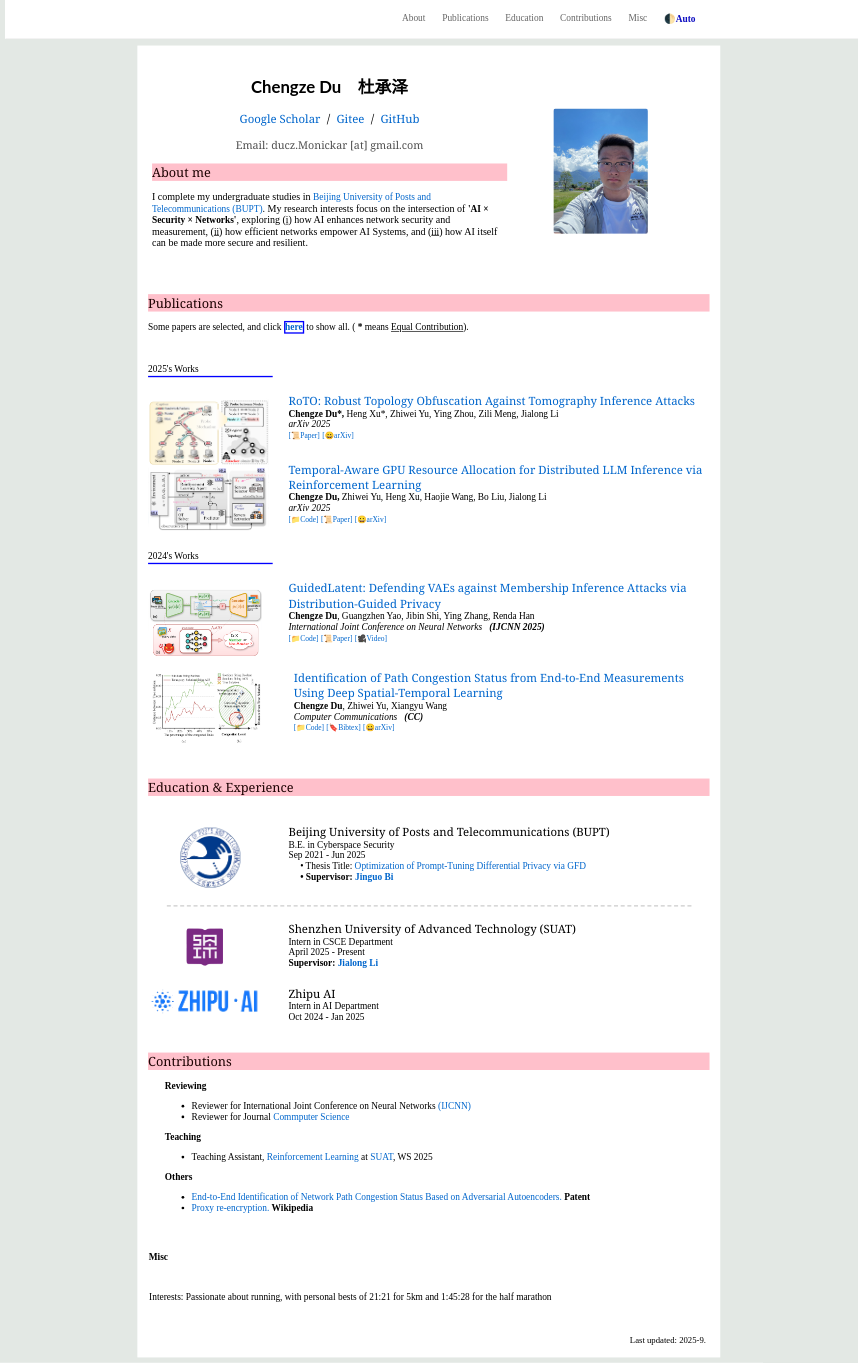
Repository: Monickar/Monickar.github.io
Page: index.html
These files come from the project's save history. The page is drawn as it stood at one moment and after the next save; the edit follows.
The browser window is 1280 px wide. The pictures show the whole page, at 67% of full size.

Above is the page before, as saved 2025-10-28 18:54:45.

### index.html
<!DOCTYPE HTML>
<html lang="en">
  <head>
    <meta http-equiv="Content-Type" content="text/html; charset=UTF-8">

    <title>Chengze's Homepage</title>

    <meta name="author" content="Chengze Du">
    <meta name="viewport" content="width=550px, initial-scale=1.0">
    <link rel="shortcut icon" href="./images/IMG_1936.JPG" type="image/x-icon" style="border-radius: 50%;"> <!-- 添加favicon 圆形-->
    <link rel="stylesheet" type="text/css" href="styles.css">
    <style>

      /* * {
        font-family: Cambria, Georgia, serif;

      } */
      * {
        font-size: 14px;

      }


    </style>
  </head>


  <body bgcolor="#E3E8E4">
    <!-- 导航栏 -->
    <nav class="navbar" bgcolor="#EEEEEE">
      <div class="nav-container">
        <a href="#" class="nav-brand"> </a>
        <div class="nav-links">
          <a href="#about">About</a>
          <a href="#pub">Publications</a>
          <a href="#education">Education</a>
          <a href="#contributions">Contributions</a>
          <a href="#misc">Misc</a>
          <a id="darkToggle" style="color: rgb(12, 12, 193); font-weight: bolder;">Mode🌓</a>

        </div>
      </div>
    </nav>

    <!-- 原有内容开始 -->
    <table id="about" style="width:100%; background:#FFFFFF; max-width:870px;border:0px;border-spacing:0px;border-collapse:separate;margin-right:auto;margin-left:auto;"><tbody>
      <tr style="padding:0px">
        <td style="padding:0px">
          <table style="width:100%;border:0px;border-spacing:0px;border-collapse:separate;margin-right:auto;margin-left:auto;"><tbody>
            <tr style="padding:0px">
              <td style="padding:2.5%;width:60%;vertical-align:middle">

                <p class="name" style="text-align: center; font-size: 25px;">
                  Chengze Du &ensp;  杜承泽
                </p>

                <p style="text-align:center; font-size: 18px; font-family: Georgia">
                  <a href="https://scholar.google.com/citations?hl=zh-CN&user=y4ty-f4AAAAJ" class="papertitle">Google Scholar</a> &nbsp;/&nbsp;
                  <a href="https://gitee.com/monickar" class="papertitle">Gitee</a> &nbsp;/&nbsp;
                  <a href="https://github.com/Monickar" class="papertitle">GitHub</a>
                </p>

                <p style="text-align:center; font-size: 16px; font-family: Cambria; color: rgb(80, 80, 80);">
                Email: ducz.Monickar [at] gmail.com
                </p>
                <h2 class="subtitle">About me</h2>

                <p style="font-size: 15px;"> I complete my undergraduate studies in <a href="https://www.bupt.edu.cn/">Beijing University of Posts and Telecommunications (BUPT)</a>.
                  My research interests focus on the intersection of <strong>'AI <strong>×</strong> Security <strong>×</strong> Networks'</strong>, exploring (<u>i</u>) how AI enhances network security and measurement, (<u>ii</u>) how efficient networks empower AI Systems, and (<u>iii</u>) how AI itself can be made more secure and resilient.

                </p>
              </td>
              <td style="padding:5.5%; width:31%; max-width:37%; padding-top:10%;">
                <a href="https://ccfddl.com/"><img style="width:70%; max-width:70%;object-fit: cover; border-radius: 2%;" alt="profile photo" src="images/chengze.jpg" class="hoverZoomLink"></a>
              </td>
            </tr>
          </tbody></table>


      <table id="pub" style="width:100%;border:0px;border-spacing:0px;border-collapse:separate;margin-right:auto;margin-left:auto;"><tbody>
          <tr>
          <td style="padding:16px;width:100%;vertical-align:middle">
            <h2 class="subtitle">Publications</h2>
            <p>
             Some papers are selected, and click <strong><a href="FullPaperList.html" class="text-with-border">here</a></strong> to show all.
              ( <strong>*</strong> means <u>Equal Contribution</u>).
            </p>
             <!-- Some works are <span class="highlight">highlighted</span>.  -->
          </td>
        </tr>
      </tbody></table>
      <table style="width:100%;border:0px;border-spacing:0px;border-collapse:separate;margin-right:auto;margin-left:auto;"><tbody>


      <!-- 2025 分隔符 -->
      <td style="padding:16px; width:25%; vertical-align:middle; margin-top: 2px;">
        <span class="year">2025's Works</span>
        <div style="height: 2px; background-color: blue; margin-top: 2px;"></div>
      </td>

      <tr >
        <td style="padding:16px;width:25%;vertical-align:top">
          <div class="one">
            <img src="images/RoTO-1.png" class="top" alt="SecureNT alternate" width="180" height="100">
            <img src="images/RoTO-2.png" class="bottom" alt="SecureNT" style="width:180px; height:65px;">
          </div>
        </td>
        <td style="padding:8px;width:80%; vertical-align:top">
          <a href="https://arxiv.org/abs/2508.12852">
        <span class="papertitle">RoTO: Robust Topology Obfuscation Against Tomography Inference Attacks</span>
          </a>
          <br>
          <strong>Chengze Du*,</strong>
          Heng Xu*,
          Zhiwei Yu,
          Ying Zhou,
          Zili Meng,
          Jialong Li

          <br>
          <em>arXiv  2025</em>
          <br>
          <!-- <a href="" style="font-size: 0.8em;">[📁Code]</a> -->
          <a href="https://arxiv.org/pdf/2508.12852" style="font-size: 0.8em;">[📜Paper]</a>
          <a href="https://arxiv.org/abs/2508.12852" style="font-size: 0.8em;">[😀arXiv]</a>
          <p></p>
        </td>
      </tr>



      <tr >
        <td style="padding:16px;width:20%;vertical-align:top">
          <div class="one">
            <img src="images/gpu_infer_component.png" class="top" alt="SecureNT alternate" width="180" height="100">
            <img src="images/tcc_intro.png" class="bottom" alt="SecureNT" style="width:180px; height:90px;">
          </div>
        </td>
        <td style="padding:8px;width:80%; vertical-align:middle">
          <a href="https://arxiv.org/abs/2507.10259">
        <span class="papertitle">Temporal-Aware GPU Resource Allocation for Distributed LLM Inference via Reinforcement Learning</span>
          </a>
          <br>
          <strong>Chengze Du,</strong>
          Zhiwei Yu,
          Heng Xu,
          Haojie Wang,
          Bo Liu,
          Jialong Li

          <br>
          <em>arXiv  2025</em>
          <br>
          <a href="https://gitee.com/Monickar/OT4GpuInference" style="font-size: 0.8em;">[📁Code]</a>
          <a href="https://arxiv.org/pdf/2507.10259" style="font-size: 0.8em;">[📜Paper]</a>
          <a href="https://arxiv.org/abs/2507.10259" style="font-size: 0.8em;">[😀arXiv]</a>
          <p></p>

        </td>
      </tr>


      <!-- 2024 分隔符 -->
      <td style="padding:16px; width:20%; vertical-align:middle; margin-top: 2px;">
        <span class="year">2024's Works</span>
        <div style="height: 2px; background-color: blue; margin-top: 2px;"></div>
      </td>

      <tr >
        <td style="padding:16px;width:20%;vertical-align:top">
          <div class="one">
            <img src="images/anti-vae.png" class="top" alt="SecureNT alternate" width="170" height="110">
            <img src="images/vae-anti-mia.png" class="bottom" alt="SecureNT" style="width:170px; height:85px;">
          </div>
        </td>
        <td style="padding:8px;width:80%; vertical-align:top">
          <a href="">
        <span class="papertitle">GuidedLatent: Defending VAEs against Membership Inference Attacks via Distribution-Guided Privacy
          </a>
          <br>
          <strong>Chengze Du</strong>,
                  Guangzhen Yao,
                  Jibin Shi,
                  Ying Zhang,
                  Renda Han
          <br>
          <em>International Joint Conference on Neural Networks <strong>&nbsp (IJCNN 2025)</strong></em>
          <br>
          <a href="https://anonymous.4open.science/r/VAE-Anti-MIA-DB1A/README.md" style="font-size: 0.8em;">[📁Code]</a>
          <a href="./files/IJCNN_2025.pdf" style="font-size: 0.8em;">[📜Paper]</a>
          <!-- <a href="./files/" style="font-size: 0.8em;">[😀arXiv]</a> -->
          <a href="https://vimeo.com/1095995168" style="font-size: 0.8em;">[🎥Video]</a>
          <!-- <a href="https://arxiv.org/abs/2412.10762" style="font-size: 0.8em;">[📄Poster]</a> -->
          <br>
          <br>
        </td>
      </tr>




    <tr>
      <td style="padding:16px;width:20%;vertical-align:top">
          <div class="one">
            <img src="images/CC_1.png" class="top" alt="SecureNT alternate" width="170" height="110">
            <img src="images/AAE-LSTM.png" class="bottom" alt="SecureNT" style="width:170px; height:110px;">
          </div>
      </td>
      <td style="padding:16px;width:70%;vertical-align:top">
        <a href="https://www.sciencedirect.com/science/article/pii/S0140366425001513">
          <span class="papertitle">Identification of Path Congestion Status from End-to-End Measurements Using Deep Spatial-Temporal Learning</span>
        </a>
        <br>
        <strong>Chengze Du</strong>,
        Zhiwei Yu, Xiangyu Wang
        <br>
        <em>Computer Communications  &nbsp <strong>(CC)</strong> </em>
        <br>
        <a href="https://github.com/Monickar/ACS" style="font-size: 0.8em;">[📁Code]</a>
        <a href="./Bibtex/CC_NT_2025.txt" style="font-size: 0.8em;">[🔖Bibtex]</a>
        <a href="https://arxiv.org/abs/2412.10762" style="font-size: 0.8em;">[😀arXiv]</a>
      </td>
    </tr>

          </tbody></table>

          <table style="width:100%;border:0px;border-spacing:0px;border-collapse:separate;margin-right:auto;margin-left:auto;"><tbody>
            <tr>
            <td style="padding:16px;width:100%;vertical-align:middle">
              <h2 class="subtitle">Education & Experience</h2>
            </td>
          </tr>
        </tbody></table>

        <!-- 教育经历 -->
        <table id="education" style="width:100%;border:0px;border-spacing:0px;border-collapse:separate;margin-right:auto;margin-left:auto;"><tbody>

          <tr>
            <td style="padding:16px;width:25%;vertical-align:middle"> <!-- 图片设置为居中 -->
              <img src="images/bupt-logo-1.png" alt="BUPT" width="90" style="display: block; margin: 0 auto;">
            </td>
            <td style="padding:8px;width:75%;vertical-align:middle">
              <span class="papertitle">Beijing University of Posts and Telecommunications (BUPT)</span>
              <br>
              B.E. in Cyberspace Security
              <br>
              Sep 2021 - Jun 2025
              <br>
                &emsp; • Thesis Title:
                 <color="#1772D0"> <a href="https://gitee.com/Monickar/Bachelor_Thesis" >  Optimization of Prompt-Tuning Differential Privacy via GFD</a> </font>
              <br>
              <strong>
                &emsp; • Supervisor: <a href="https://scss.bupt.edu.cn/info/1063/3984.htm">Jinguo Bi</a>
              </strong>
              <p></p>
            </td>

          </tr>

          <!-- 添加虚线分隔符 -->
          <tr>
            <td colspan="2" style="padding: 10px 0">
              <div style="border-top: 2px dashed #ccc; width: 90%; margin: 0 auto;"></div>
            </td>
          </tr>

          <tr>
            <td style="padding:16px 16px 8px 16px;width:20%;vertical-align:middle">
              <img src="images/suat-logo.png" alt="Internship" width="170">
            </td>
            <td style="padding:4px 8px 4px 8px;width:80%;vertical-align:middle">
              <span class="papertitle">Shenzhen University of Advanced Technology (SUAT) </span>
              <br>
              Intern in CSCE Department
              <br>
              April 2025 - Present
              <br>
              <strong>Supervisor: <a href="https://franklee94.github.io/index.html">Jialong Li</a></strong>
            </td>
          </tr>

          <tr>
            <td style="padding:16px;width:20%;vertical-align:middle">
              <img src="images/Zhipu_AI.png" alt="Internship" width="170">
            </td>
            <td style="padding:8px;width:80%;vertical-align:middle">
              <span class="papertitle"> Zhipu AI</span>
              <br>
              Intern in AI Department
              <br>
              Oct 2024 - Jan 2025
          </tr>

        </tbody></table>

 <!-- 专利 -->

 <table id="contributions" style="width:100%;border:0px;border-spacing:0px;border-collapse:separate;margin-right:auto;margin-left:auto;"><tbody>
  <tr>
    <td style="padding:16px; width:100%; vertical-align:middle">
      <h2 class="subtitle">Contributions</h2>

      <div style="padding-left: 25px;">
        <h3>Reviewing</h3>
        <ul>
          <li>Reviewer for International Joint Conference on Neural Networks <a href="https://ijcnn2024.org/">(IJCNN) </a>  </li>
          <li>Reviewer for Journal <a href="https://www.jsjkx.com/EN/1002-137X/home.shtml"> Commputer Science </a>  </li>
        </ul>
      </div>

      <div style="padding-left: 25px;">
        <h3>Teaching</h3>
        <ul>
          <li>Teaching Assistant,<a href=""> Reinforcement Learning </a> at <a href="https://suat-sz.edu.cn/en/">SUAT</a>, WS 2025</li>

        </ul>
      </div>


      <div style="padding-left: 25px;">

        <h3>  Others</h3>
      <ul>
        <li> <a href="https://patentimages.storage.googleapis.com/00/00/00/0000000000000000000000000000000000000000000000000000000000000000.pdf"> End-to-End Identification of Network Path Congestion Status
          Based on Adversarial Autoencoders.</a> <strong>Patent</strong></li>
        <li><a href="https://zh.wikipedia.org/wiki/%E4%BB%A3%E7%90%86%E9%87%8D%E5%8A%A0%E5%AF%86">Proxy re-encryption.</a> <strong>Wikipedia</strong></li>
      </ul>
      </div>






    </td>
  </tr>
</tbody></table>



		<table style="width:100%; margin:0 auto; border:0; border-spacing:0; padding:16px;"><tbody>
            <tr>
              <td>
                <h2>Misc</h2>
              </td>
            </tr>
          </tbody></table>
          <table id="misc" style="width:100%;border:0px;border-spacing:0px;border-collapse:separate;margin-right:auto;margin-left:auto;"><tbody>

        <!-- 其他内容 : Interests: Passionate about running, with personal bests of 21:21 for 5km and 1:45:28 for the half marathon-->
        <p>&emsp; Interests: Passionate about running, with personal bests of 21:21 for 5km and 1:45:28 for the half marathon</p>

          </tbody></table>
          <table style="width:100%; border:5px;border-spacing:0px;border-collapse:separate;margin-right:auto;margin-left:auto;"><tbody>
            <tr>
              <td style="padding:5px">
                <br>
                <p style="text-align:right;font-size:small;">
                  Last updated: 2025-9. &emsp;
                </p>
              </td>
            </tr>
          </tbody></table>


        </td>
      </tr>
    </table>

    <script>
    const btn = document.getElementById('darkToggle');
    const mode = localStorage.getItem('mode') || 'auto'; // 'auto', 'dark', 'light'

    function isDarkTime() {
      const hour = new Date().getHours();
      return hour >= 18 || hour < 6; // 20:00-6:00: dark time
    }

    function applyTheme() {
      const shouldBeDark = mode === 'dark' || (mode === 'auto' && isDarkTime());
      document.body.classList.toggle('dark', shouldBeDark);


      if (mode === 'auto') {
        btn.textContent = '🌓Auto';
        btn.title = 'Turn Dark';
      } else {
        btn.textContent = shouldBeDark ? '🌓Dark' : '🌓Light';
        btn.title = shouldBeDark ? 'Turn Light' : 'Turn Auto';
      }
    }

    btn.onclick = () => {
      const modes = ['light', 'auto', 'dark'];
      const idx = modes.indexOf(mode);
      const newMode = modes[(idx + 1) % 3];
      localStorage.setItem('mode', newMode);
      location.reload(); // 简单刷新应用新模式
    };

    applyTheme();
    // 每分钟检查一次时间（仅在自动模式下有用）
    if (mode === 'auto') setInterval(applyTheme, 1000000);
    </script>


  </body>
</html>

### styles.css
.name {
  padding-top: 20px;
  margin: 0;
  font-family: 'Lato', Cambria, Georgia, serif;
  font-size: 10px;
  font-weight: bold;
}

.papertitle {
  font-family: Cambria, Georgia, Helvetica, sans-serif;
  font-size: 17px;
  font-weight: 550;
}

.subtitle {
  font-family:  Georgia, Helvetica, sans-serif;
  font-size: 19px;
  font-weight: 500;
  color: #1e0202;
  background-color: pink
}

a {
    color: #0066cc; /* 设置链接颜色为蓝色 */
    text-decoration: none;
}

a:focus,

a:hover {
    text-decoration: underline;
    color: #f09228;
}

.text-with-border {
border: 2px solid blue; /* 边框宽度为 2px，样式为实线，颜色为蓝色 */
}
/* 导航栏样式 */
.navbar {
  background-color: #ffffff;
  padding: 15px 0;
  border-bottom: 1px solid #eee;
  position: fixed;
  top: 0;
  width: 100%;
  z-index: 1000;
}

.nav-container {
  max-width: 800px;
  margin: 0 auto;
  display: flex;
  justify-content: space-between;
  align-items: center;
}

.nav-brand {
  font-size: 1.5em;
  font-weight: bold;
  color: #333;
  text-decoration: none;
}

.nav-links {
  display: flex;
  gap: 20px;
}

.nav-links a {
  color: #666;
  text-decoration: none;
  padding: 5px 10px;
  transition: color 0.3s ease;
}

.nav-links a:hover {
  color: #1772D0;
}

/* 为了防止内容被导航栏遮挡 */
body {
  padding-top: 60px;
}

/* 修改图片切换相关的样式 */
.one {
  position: relative;
  display: inline-block;
}

.one img {
  position: absolute;
  left: 0;
  top: 0;
  transition: opacity 0.2s ease-in-out;
}

.one img.bottom {
  z-index: 1;
  position: relative;
}

.one img.top {
  z-index: 2;
}

.one:hover img.top {
  opacity: 0;
}

.hidden-link {
  color: inherit;
  text-decoration: none;
  cursor: default;
}

.hidden-link:hover {
  color: inherit;
  text-decoration: none;
}

body {
  font-size: 15px; /* 默认大小，可修改为所需值 */
}

body.dark {
  background: #1a1a1a !important;
  color: #e0e0e0 !important;
}

body.dark .navbar,
body.dark table {
  background: #2d2d2d !important;
}

body.dark a {
  color: #66b3ff !important;
}

body.dark .nav-links a {
  color: #b0b0b0 !important;
}

body.dark .nav-links a:hover {
  color: #66b3ff !important;
}

body.dark .papertitle {
  color: #66b3ff !important;
}

body.dark .year {
  color: #66b3ff !important;
}


.navbar {
  width: 100%; /* 占满屏幕宽度 */
}
.nav-container {
  display: flex;
  justify-content: space-between; /* 内容左右分布 */
  align-items: center;

}

.nav-links {
  display: flex;
  gap: 5px; /* 链接间添加间隔 */
}

After the next save:
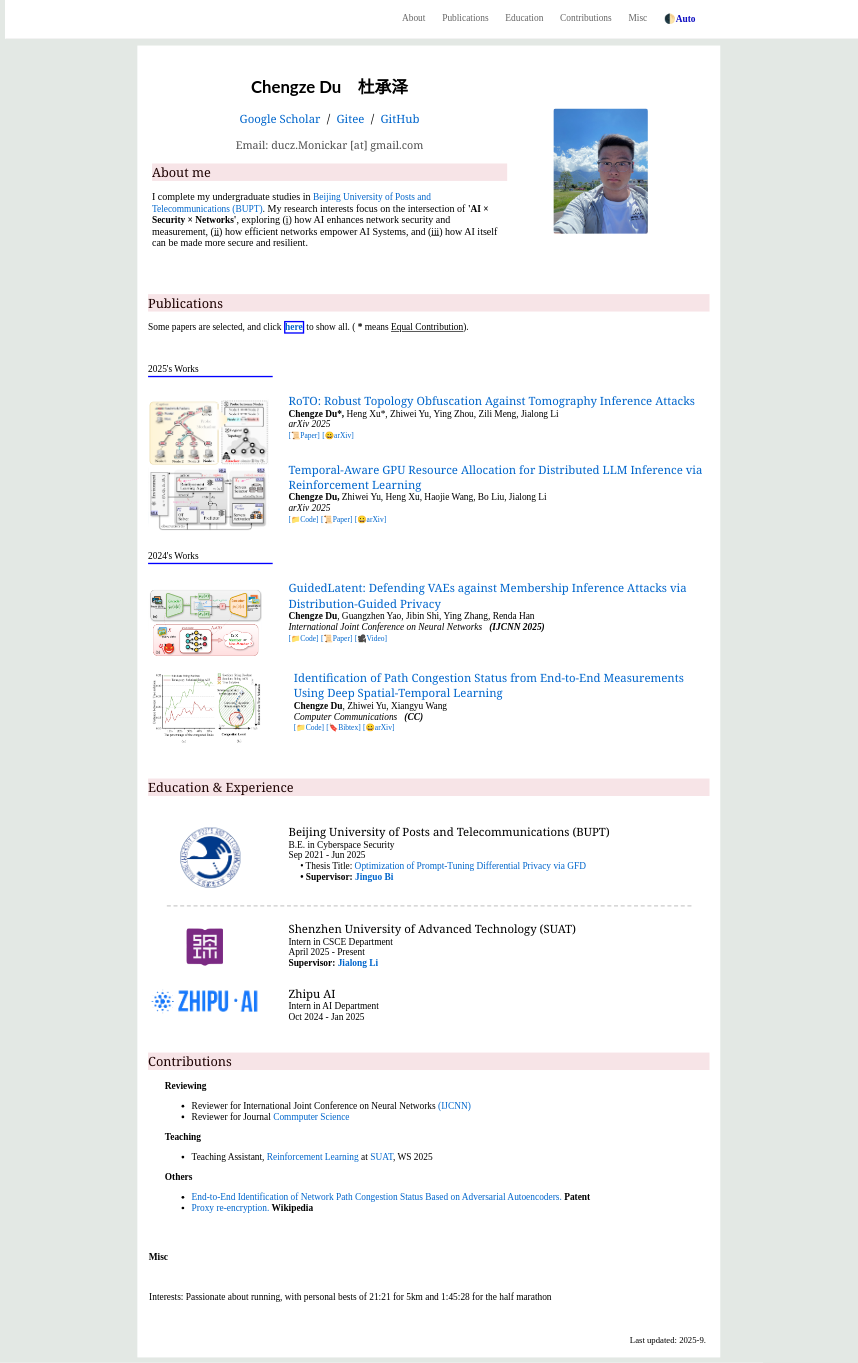
Saved 15 s later.
--- a/styles.css
+++ b/styles.css
@@ -17,7 +17,7 @@
   font-size: 19px;
   font-weight: 500;
   color: #1e0202;
-  background-color: pink
+  background-color: rgb(247, 228, 231)
 }
 
 a {
